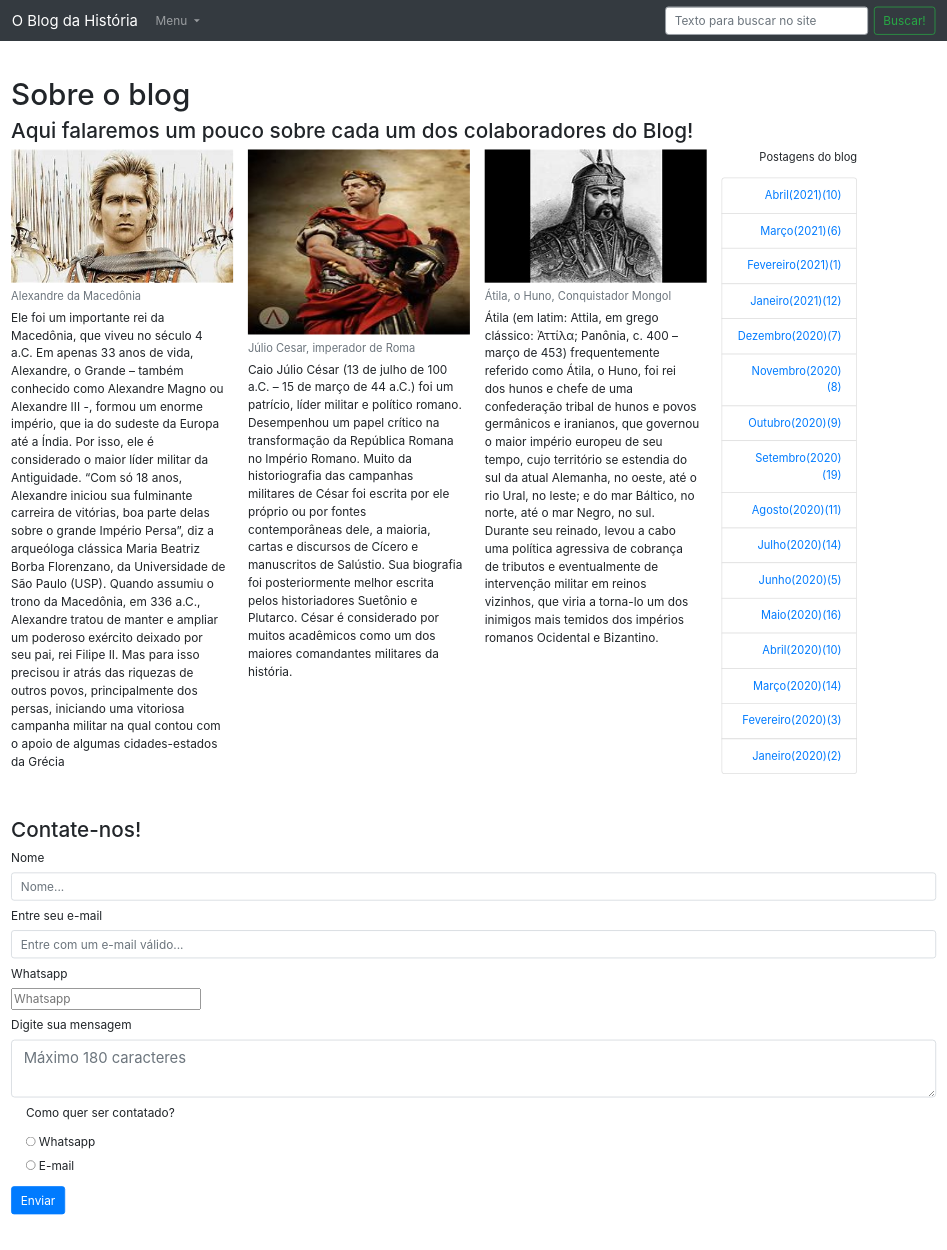
Repository: xhenrique/blog_layout_bootstrap
Page: source/sobre.html
These files come from the project's save history. The page is drawn as it stood at one moment and after the next save; the edit follows.
The browser window is 1280 px wide. The pictures show the whole page, at 74% of full size.

Above is the page before, as saved 2021-04-25 16:44:43.

### source/sobre.html
<!DOCTYPE html>
<html lang="pt-br">
  <head>
    <meta charset="utf-8">
    <!-- Meta tags Obrigatórias , initial-scale=1, shrink-to-fit=no -->

    <meta name="viewport" content="width=device-width">

    <!-- Bootstrap CSS -->
    <link rel="stylesheet" href="https://stackpath.bootstrapcdn.com/bootstrap/4.1.3/css/bootstrap.min.css" integrity="sha384-MCw98/SFnGE8fJT3GXwEOngsV7Zt27NXFoaoApmYm81iuXoPkFOJwJ8ERdknLPMO" crossorigin="anonymous">
    <title>O Blog da História</title>
  </head>
  <body>
    <nav class="navbar navbar-expand-md navbar-dark bg-dark sticky-top">
        <a class = "navbar-brand" href="index.html">O Blog da História</a>

        <!--Especificações do que é cada um dos atributos!!!!!
            "aria-controls": define a relação entre os elementos, um elemento é pai e o outro filho, deve ser definido no pai, relacionando o filho;
            "data-target" : Define o que será exibido quando clicar na opção do menu;
            "data-toggle" : o que vai acontecer quando eu clicar em cima do botão, collapse, por exemplo, faz o botão expandir e retrair as opções;
            "aria-expanded" : Flag para o navegador informando que o elemento não está expandido;
            "aria-label" : é usado para definir uma string na tag do elemento atual.
        -->
        <button title="Menu" class="navbar-toggler" type="button" data-toggle="collapse" data-target="#navbarCfg" aria-controls="navbarCfg">
            <span class="navbar-toggler-icon"></span>
        </button>
        <div class="collapse navbar-collapse" id="navbarCfg">
            <ul class="navbar-nav mr-auto">
                <a class="nav-link dropdown-toggle" href="#" id="navbarDropdown" role="button" data-toggle="dropdown" aria-haspopup="true" aria-expanded="false">
                Menu
                </a>
                <div class="dropdown-menu" aria-labelledby="navbarDropdown">
                <a class="dropdown-item" href="index.html">Início</a>
                <a class="dropdown-item" href="sobre.html">Sobre</a>
                <div class="dropdown-divider"></div>
                <p style="text-align: left; padding-left: 10px;"> Criado por: José Xavier<br/>UFPA - 2021</p>
                </div>
            </ul>
            <form class="form-inline my-2 my-lg-0">
            <input class="form-control mr-sm-2" type="search" placeholder="Texto para buscar no site" aria-label="Search">
            <button class="btn btn-outline-success my-2 my-sm-0" type="submit">Buscar!</button>
            </form>
        </div>
    </nav>

    <div class="container-fluid" id="sobreContainer">
        <div id="sobre_o_blog" class="text-left">
            <br/>
            <br/>
            <h1>Sobre o blog</h1>
            <h3>Aqui falaremos um pouco sobre cada um dos colaboradores do Blog!</h3>
        </div>
        <div class="row d-flex">
            <div class="col-md-3">
                <img class="figure-img" src="../img/alexandre.jpg" alt="Xandão"  style="height: 180px; width: 300px">
                <figcaption class="figure-caption" style="font-size: 15px; margin-bottom: 5px;">
                    Alexandre da Macedônia
                </figcaption>
                <p>Ele foi um importante rei da Macedônia, que viveu no século 4 a.C. Em apenas 33 anos de vida, Alexandre, o Grande – também conhecido como Alexandre Magno ou Alexandre III -, formou um enorme império, que ia do sudeste da Europa até a Índia. Por isso, ele é considerado o maior líder militar da Antiguidade. “Com só 18 anos, Alexandre iniciou sua fulminante carreira de vitórias, boa parte delas sobre o grande Império Persa”, diz a arqueóloga clássica Maria Beatriz Borba Florenzano, da Universidade de São Paulo (USP). Quando assumiu o trono da Macedônia, em 336 a.C., Alexandre tratou de manter e ampliar um poderoso exército deixado por seu pai, rei Filipe II. Mas para isso precisou ir atrás das riquezas de outros povos, principalmente dos persas, iniciando uma vitoriosa campanha militar na qual contou com o apoio de algumas cidades-estados da Grécia</p>
            </div>
            <div class="col-md-3">
                <img class="figure-img" src="../img/th.jfif" alt="imperador" style="height: 250px; width: 300px">
                <figcaption class="figure-caption" style="font-size: 15px; margin-bottom: 5px;">
                    Júlio Cesar, imperador de Roma
                </figcaption>
                <p>Caio Júlio César (13 de julho de 100 a.C. – 15 de março de 44 a.C.) foi um patrício, líder militar e político romano. Desempenhou um papel crítico na transformação da República Romana no Império Romano. Muito da historiografia das campanhas militares de César foi escrita por ele próprio ou por fontes contemporâneas dele, a maioria, cartas e discursos de Cícero e manuscritos de Salústio. Sua biografia foi posteriormente melhor escrita pelos historiadores Suetônio e Plutarco. César é considerado por muitos acadêmicos como um dos maiores comandantes militares da história.</p>
            </div>
            <div class="col-md-3">
                <img class="figure-img" src="../img/atila.jpg" alt="o_huno" style="height: 180px; width: 300px">
                <figcaption class="figure-caption" style="font-size: 15px; margin-bottom: 5px;">
                        Átila, o Huno, Conquistador Mongol
                </figcaption>
                <p>Átila (em latim: Attila, em grego clássico: Ἀττίλα; Panônia, c. 400 – março de 453) frequentemente referido como Átila, o Huno, foi rei dos hunos e chefe de uma confederação tribal de hunos e povos germânicos e iranianos, que governou o maior império europeu de seu tempo, cujo território se estendia do sul da atual Alemanha, no oeste, até o rio Ural, no leste; e do mar Báltico, no norte, até o mar Negro, no sul. Durante seu reinado, levou a cabo uma política agressiva de cobrança de tributos e eventualmente de intervenção militar em reinos vizinhos, que viria a torna-lo um dos inimigos mais temidos dos impérios romanos Ocidental e Bizantino.</p>
            </div>
                <div class="col-md-2">
                    <div class="text-right" style="font-size: 15px;">
                        <p>Postagens do blog</p>
                        <ul class="list-group">
                            <!--Javascript provavelmente entraria aqui, iterando sobre uma lista/matriz e exibindo a quantida de postagens por mês/ano-->
                            <li class="list-group-item"><a href="">Abril(2021)(10)</a></li>
                            <li class="list-group-item"><a href="">Março(2021)(6)</a></li>
                            <li class="list-group-item"><a href="">Fevereiro(2021)(1)</a></li>
                            <li class="list-group-item"><a href="">Janeiro(2021)(12)</a></li>
                            <li class="list-group-item"><a href="">Dezembro(2020)(7)</a></li>
                            <li class="list-group-item"><a href="">Novembro(2020)(8)</a></li>
                            <li class="list-group-item"><a href="">Outubro(2020)(9)</a></li>
                            <li class="list-group-item"><a href="">Setembro(2020)(19)</a></li>
                            <li class="list-group-item"><a href="">Agosto(2020)(11)</a></li>
                            <li class="list-group-item"><a href="">Julho(2020)(14)</a></li>
                            <li class="list-group-item"><a href="">Junho(2020)(5)</a></li>
                            <li class="list-group-item"><a href="">Maio(2020)(16)</a></li>
                            <li class="list-group-item"><a href="">Abril(2020)(10)</a></li>
                            <li class="list-group-item"><a href="">Março(2020)(14)</a></li>
                            <li class="list-group-item"><a href="">Fevereiro(2020)(3)</a></li>
                            <li class="list-group-item"><a href="">Janeiro(2020)(2)</a></li>
                        </ul>
                    </div>
                </div>
        </div>

        <form>
            <br/>
            <br/>

            <h3>
                Contate-nos!
            </h3>
            <div class="mb-2">
                <label for="nameInput" class="form-label">Nome</label>
                <input type="text" placeholder="Nome..." class="form-control mr-sm-2" id="nameInput"  required>
            </div>
            <div class="mb-2">
                <label for="inputEmail" class="form-label">Entre seu e-mail</label>
                <input type="email" placeholder="Entre com um e-mail válido..." class="form-control" id="inputEmail"  required>
            </div>
              <div class="mb-2">
                <label for="wppInput" class="form-label">Whatsapp</label>
                <input type="tel" placeholder="Whatsapp" class="form-inline" id="wppInput">
              </div>
              <div class="mb-2">
                <label for="msgInput" class="form-label">Digite sua mensagem</label>
                <textarea type="text" placeholder="Máximo 180 caracteres" maxlength="180" class="form-control form-control-lg" id="msgInput"></textarea>
              </div>
              <div class="mb-2 form-check">
                  <p>Como quer ser contatado?</p>
                  <input type="radio" id="wpp" name="whatsapp" value="Whatsapp">
                  <label for="wpp">Whatsapp</label><br>
                  <input type="radio" id="e-mail" name="email" value="E-mail">
                  <label for="e-mail">E-mail</label><br>
              </div>
              <button class="btn btn-primary" type="submit" aria-label="btnSubmmit">Enviar</button>
              <br>
              <br>
              <br>
        </form>
    </div>


    <!-- JavaScript (Opcional) -->
    <!-- jQuery primeiro, depois Popper.js, depois Bootstrap JS -->
    <script src="https://code.jquery.com/jquery-3.3.1.slim.min.js" integrity="sha384-q8i/X+965DzO0rT7abK41JStQIAqVgRVzpbzo5smXKp4YfRvH+8abtTE1Pi6jizo" crossorigin="anonymous"></script>
    <script src="https://cdnjs.cloudflare.com/ajax/libs/popper.js/1.14.3/umd/popper.min.js" integrity="sha384-ZMP7rVo3mIykV+2+9J3UJ46jBk0WLaUAdn689aCwoqbBJiSnjAK/l8WvCWPIPm49" crossorigin="anonymous"></script>
    <script src="https://stackpath.bootstrapcdn.com/bootstrap/4.1.3/js/bootstrap.min.js" integrity="sha384-ChfqqxuZUCnJSK3+MXmPNIyE6ZbWh2IMqE241rYiqJxyMiZ6OW/JmZQ5stwEULTy" crossorigin="anonymous"></script>
  </body>
</html>

After the next save:
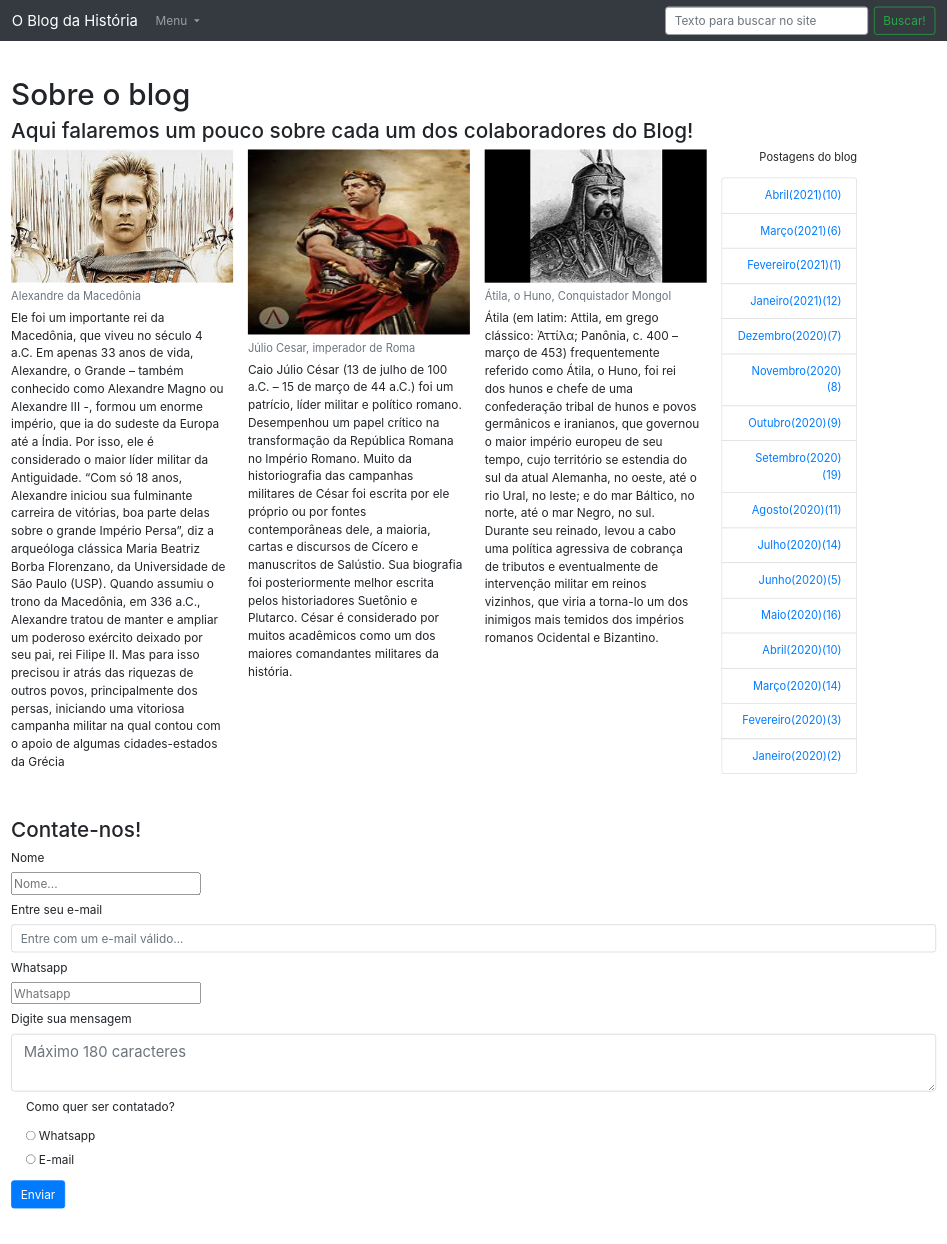
Saved 31 s later.
--- a/source/sobre.html
+++ b/source/sobre.html
@@ -107,7 +107,7 @@
             </h3>
             <div class="mb-2">
                 <label for="nameInput" class="form-label">Nome</label>
-                <input type="text" placeholder="Nome..." class="form-control mr-sm-2" id="nameInput"  required>
+                <input type="text" placeholder="Nome..." class="form-inline mr-sm-2" id="nameInput"  required>
             </div>
             <div class="mb-2">
                 <label for="inputEmail" class="form-label">Entre seu e-mail</label>
